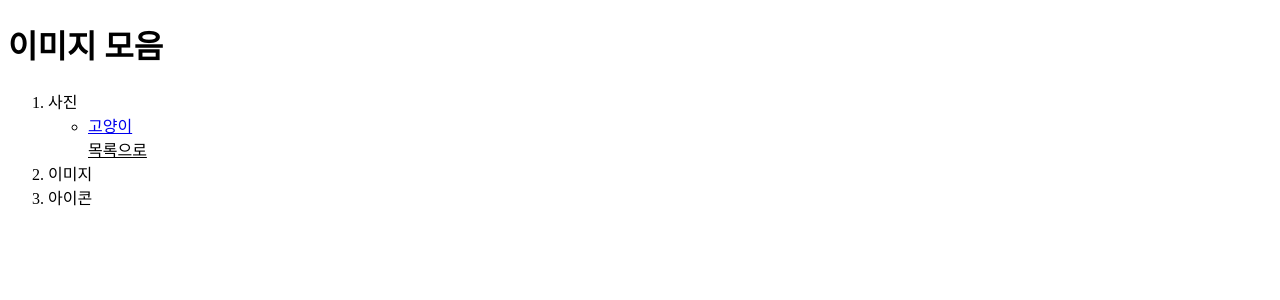
Repository: zzzzzzin/Client
Page: ClientTest/src/main/webapp/문제/Q08.html
These files come from the project's save history. The page is drawn as it stood at one moment and after the next save; the edit follows.
The browser window is 1280 px wide. The pictures show the whole page.

Above is the page before, as saved 2024-03-13 07:37:59.

### ClientTest/src/main/webapp/문제/Q08.html
<!DOCTYPE html>
<html>
<head>
<meta charset="EUC-KR">
<title>Insert title here</title>
</head>
<body>
	<h1>이미지 모음</h1>
	<ol>
		<li>사진
			<ul>
				<li><a href="#a1">고양이</a></li>
				<font align="right"><u>목록으로</u></font>
			</ul>

		</li>
		<li>이미지</li>
		<li>아이콘</li>
	</ol>


</body>
</html>

After the next save:
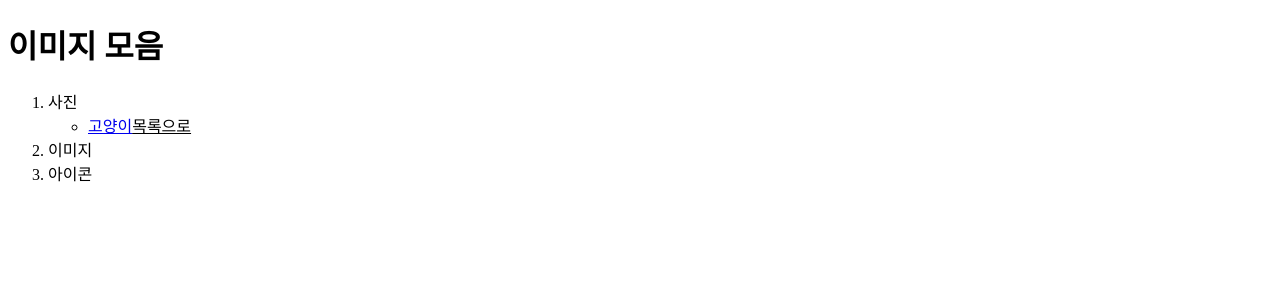
Saved 41 s later.
--- a/ClientTest/src/main/webapp/문제/Q08.html
+++ b/ClientTest/src/main/webapp/문제/Q08.html
@@ -9,8 +9,7 @@
 	<ol>
 		<li>사진
 			<ul>
-				<li><a href="#a1">고양이</a></li>
-				<font align="right"><u>목록으로</u></font>
+				<li><a href="#a1">고양이</a><font align="right"><u>목록으로</u></font></li>
 			</ul>
 
 		</li>

After the save that followed:
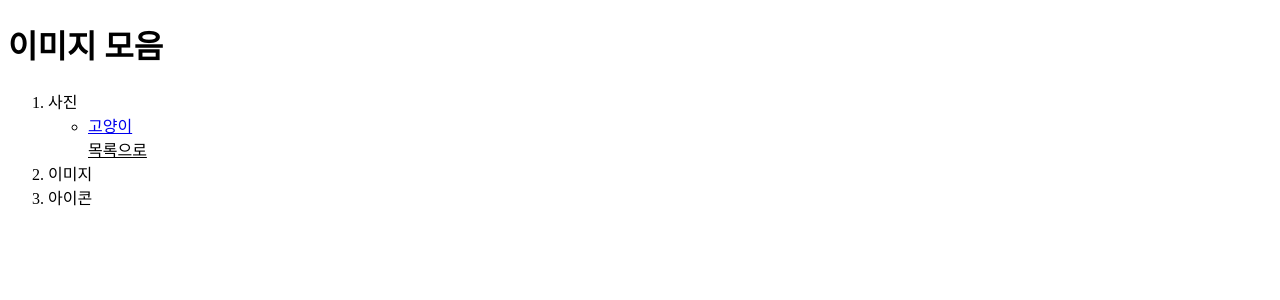
Saved 17 s later.
--- a/ClientTest/src/main/webapp/문제/Q08.html
+++ b/ClientTest/src/main/webapp/문제/Q08.html
@@ -9,7 +9,8 @@
 	<ol>
 		<li>사진
 			<ul>
-				<li><a href="#a1">고양이</a><font align="right"><u>목록으로</u></font></li>
+				<li><a href="#a1">고양이</a></li>
+				<font align="right"><u>목록으로</u></font>
 			</ul>
 
 		</li>
